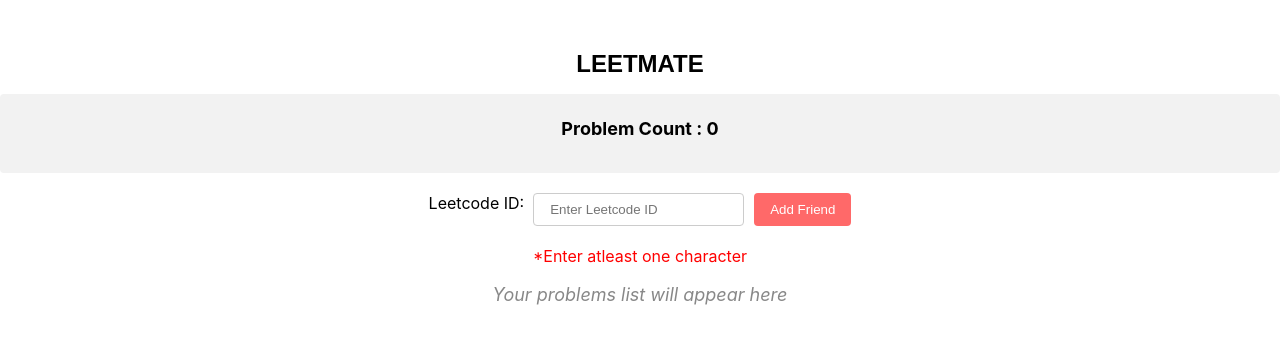
Repository: Sanketh149/leetcode-discord
Page: /
An editor plug-in stored every save of this project. The page is shown before and after the next save, followed by the edit.
The browser window is 1280 px wide. The pictures show the whole page.
The project was rebuilt for these pictures with package versions that can differ from the ones it lists, and the page was loaded fresh each time. Also part of the build but not shown: src/Modal.module.css, src/Modal.js, src/Cart.module.css, src/Cart.js.

Above is the page before, as saved 2023-06-21 18:24:13.

After the next save:
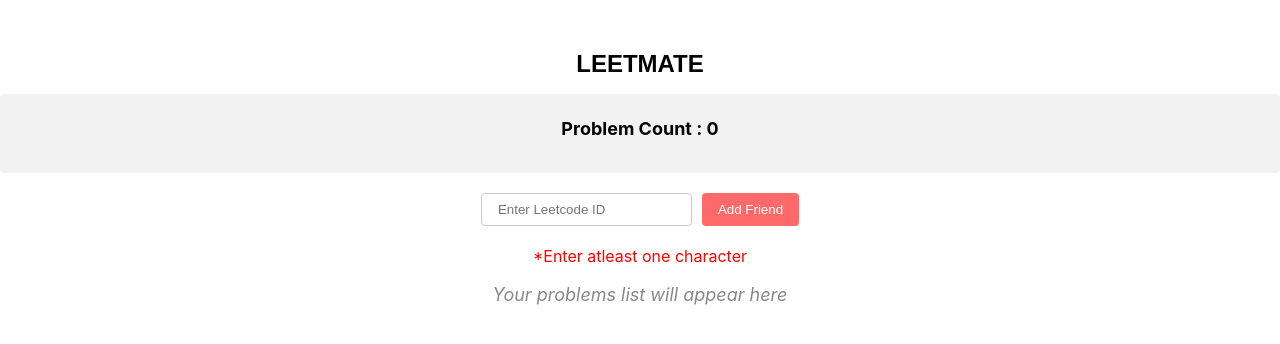
Saved 12 s later.
--- a/src/App.js
+++ b/src/App.js
@@ -86,7 +86,6 @@
         <p className="problemCount">Problem Count : {user.length}</p>
       </div>
       <form onSubmit={handleSubmit} className="app__form">
-        <label> Leetcode ID: &nbsp;</label>
         <input
           type="text"
           value={username}
